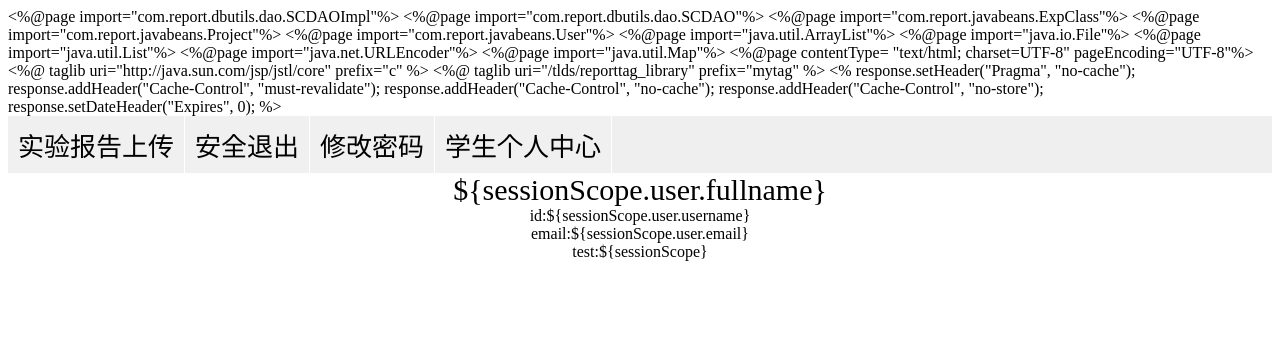
Repository: IAmJiangWenHao/ReportServer
Page: web/demo.html
An editor plug-in stored every save of this project. The page is shown before and after the next save, followed by the edit.
The browser window is 1280 px wide. The pictures show the whole page.

Above is the page before, as saved 2023-06-01 10:42:48.

After the next save:
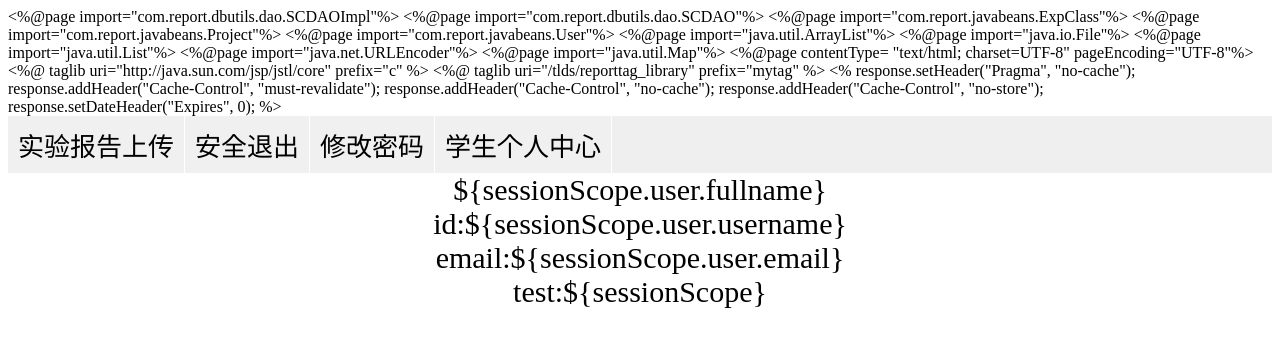
Saved 56 s later.
--- a/web/demo.html
+++ b/web/demo.html
@@ -49,8 +49,8 @@
       <div class="topbar-item"><a style="color: black;text-decoration:none;" href="WEB-INF/set_password_email.jsp">修改密码</a></div>
       <div class="topbar-item"><a style="color: black;text-decoration:none;" href="message.jsp">学生个人中心</a></div>
     </div>
-    <div style="display: flex; flex-direction:column;align-items: center;">
-        <div style="font-size: 30px;" >${sessionScope.user.fullname}</div>
+    <div style="display: flex; flex-direction:column;align-items: center;font-size: 30px;">
+        <div  >${sessionScope.user.fullname}</div>
 
       <div>id:${sessionScope.user.username}</div>
       <div>email:${sessionScope.user.email}</div>
